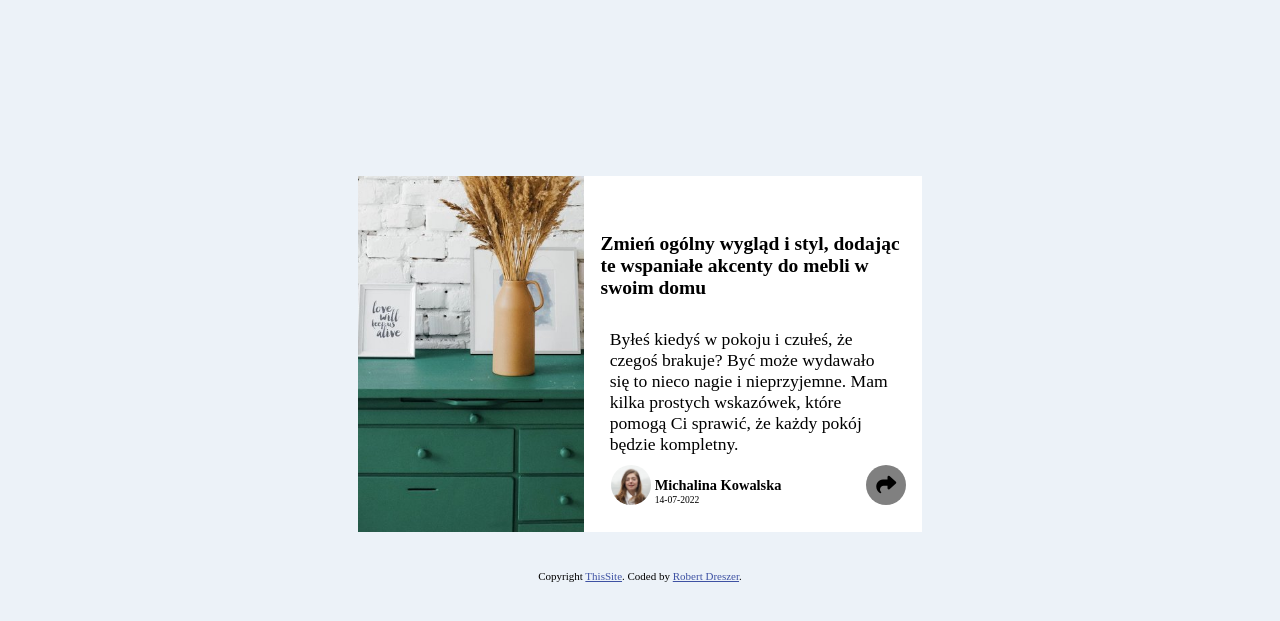
Repository: RobertDsr/komponent-podgl-du-produktu
Page: index.html
An editor plug-in stored every save of this project. The page is shown before and after a run of saves, followed by the edit.
The browser window is 1280 px wide. The pictures show the whole page.
Some web libraries are served in a nearby version. The style sheet was rebuilt from its Sass, Less or Tailwind sources for each picture, by a compiler version that may differ from the author's.

Above is the page before, as saved 2022-07-14 14:28:39.

### index.html
<!DOCTYPE html>
<html lang="pl">

<head>
  <meta charset="UTF-8">
  <meta name="viewport" content="width=device-width, initial-scale=1.0">
  <!-- displays site properly based on user's device -->

  <link rel="icon" type="image/png" sizes="32x32" href="./images/favicon-32x32.png">

  <script src="https://kit.fontawesome.com/f1983936fd.js" crossorigin="anonymous"></script>

  <title>Article preview component</title>

  <link rel="stylesheet" href="./design/css/main.min.css">
</head>

<body>

  <div class="wrapper">
    <div class="columns">
      <div class="columnLeft"></div>
      <div class="columnRight">
        <section class="articleDescription">
          <h1 class="Title">Zmień ogólny wygląd i styl, dodając te wspaniałe akcenty do mebli w swoim domu</h1>
          <p>Byłeś kiedyś w pokoju i czułeś, że czegoś brakuje? Być może wydawało się to nieco nagie i nieprzyjemne. Mam
            kilka prostych wskazówek, które pomogą Ci sprawić, że każdy pokój będzie kompletny.</p>
          <div class="author">
            <img src="./images/avatar-michelle.jpg" alt="Michelle" class="imgAuthor">
            <div class="divAuthorName">
              <h2 class="authorName">Michalina Kowalska</h2>
              <time datetime="2022-07-14">14-07-2022</time>
            </div>
            <div class="socialMedia">
              <i class="fa-solid fa-share"></i>
              <div class="popup">
                <div class="mediaWrapper">
                  <h3>share</h3>
                  <img class="img1" src="./images/icon-facebook.svg" alt="ikona facebooka">
                  <img class="img2" src="./images/icon-twitter.svg" alt="ikona twittera">
                  <img class="img3" src="./images/icon-pinterest.svg" alt="ikona pinteresta">
                </div>
              </div>
            </div>
          </div>
        </section>
      </div>
    </div>
    <footer>
      <div class="attribution">
        Copyright <a href="https://robertdreszer.pl/" target="_blank">ThisSite</a>.
        Coded by <a href="https://robertdreszer.pl/">Robert Dreszer</a>.
      </div>
    </footer>
  </div>
</body>

</html>

### design/scss/main.scss
* {
    box-sizing: border-box;
    margin: 0;
    padding: 0;
    --Very-Dark-Grayish-Blue: hsl(217, 19%, 35%);
    --Desaturated-Dark-Blue: hsl(214, 17%, 51%);
    --Grayish-Blue: hsl(212, 23%, 69%);
    --Light-Grayish-Blue: hsl(210, 46%, 95%);
}

.root {

}

body {
    font-size: 13px;
    color: var();
}


.wrapper {
    align-items: center;
    background-color: var(--Light-Grayish-Blue);
    display: flex;
    flex-direction: column;
    justify-content: center;
    min-height: 100vh;
    min-width: 100vw;
    max-width: 1440px;
    overflow: hidden;
}

.columns {
    display: flex;
    padding: 3%;
    // justify-content: space-around;
    width: 50%;
}

.columnLeft {
    background: url(../../images/drawers.jpg) center/cover;
    width: 40%;
}

.columnRight {
    background-color: #fff;
    padding: 10% 3% 3%;
    width: 60%;
}

.title {
    font-size: 1.45rem;
}

.articleDescription p {
    font-size: 1.1rem;
    padding: 10% 3% 0;
}

.author {
    display: grid;
    grid-template-columns: 14% 76% 10%;
    padding: 10px;
    align-items: flex-end;
}

.imgAuthor {
    width: 40px;
    height: 40px;
    border-radius: 50%;
}

.divAuthorName {
    font-size: 0.6rem;
    padding-left: 2%;
}

.socialMedia {
    display: flex;
    background-color: gray;
    border-radius: 50%;
    width: 40px;
    height: 40px;
    justify-content: center;
    align-items: center;
}

.fa-share {
    font-size: 20px;
    margin: 0 auto;
}

.popup {
    display: none;
}
.attribution { font-size: 11px; text-align: center; }
.attribution a { color: hsl(228, 45%, 44%); }

After the next 3 saves:
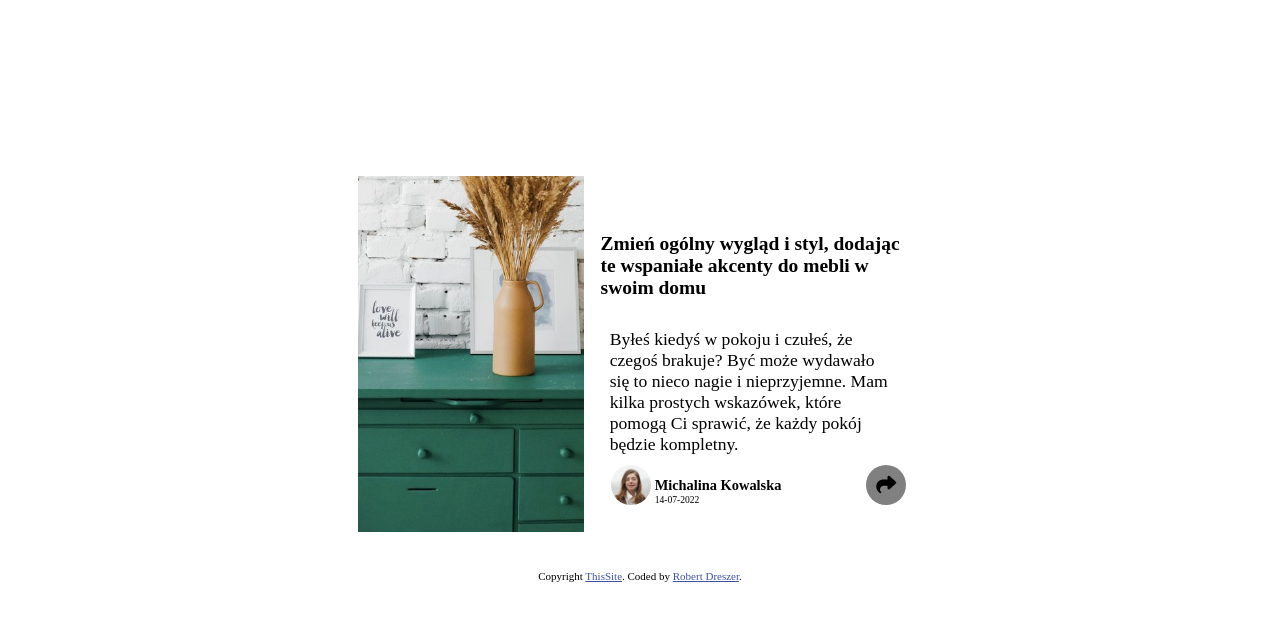
The 3 saves are shown as one change because they came seconds apart.
The last was saved 13 s later.
--- a/design/scss/main.scss
+++ b/design/scss/main.scss
@@ -2,14 +2,13 @@
     box-sizing: border-box;
     margin: 0;
     padding: 0;
+}
+
+.root {
     --Very-Dark-Grayish-Blue: hsl(217, 19%, 35%);
     --Desaturated-Dark-Blue: hsl(214, 17%, 51%);
     --Grayish-Blue: hsl(212, 23%, 69%);
     --Light-Grayish-Blue: hsl(210, 46%, 95%);
-}
-
-.root {
-
 }
 
 body {

After the 3 saves that followed:
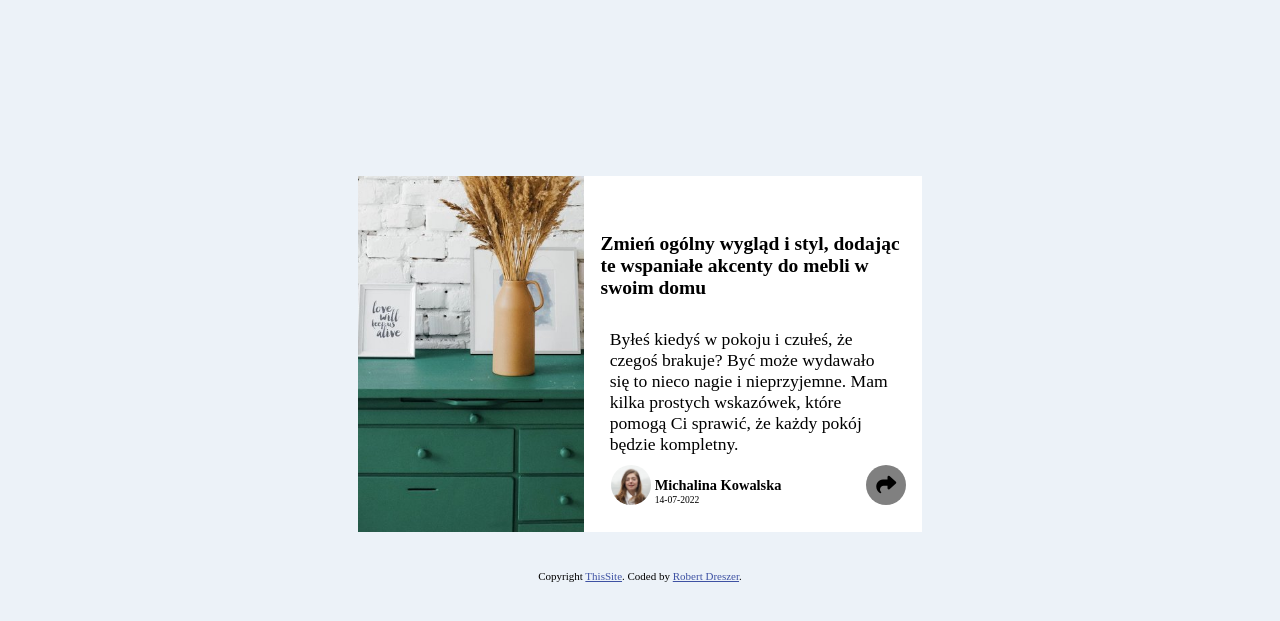
The 3 saves are shown as one change because 1 left the picture as it was and some came seconds apart.
The last was saved 29 s later.
--- a/design/scss/main.scss
+++ b/design/scss/main.scss
@@ -5,13 +5,13 @@
 }
 
 .root {
+}
+
+body {
     --Very-Dark-Grayish-Blue: hsl(217, 19%, 35%);
     --Desaturated-Dark-Blue: hsl(214, 17%, 51%);
     --Grayish-Blue: hsl(212, 23%, 69%);
     --Light-Grayish-Blue: hsl(210, 46%, 95%);
-}
-
-body {
     font-size: 13px;
     color: var();
 }
